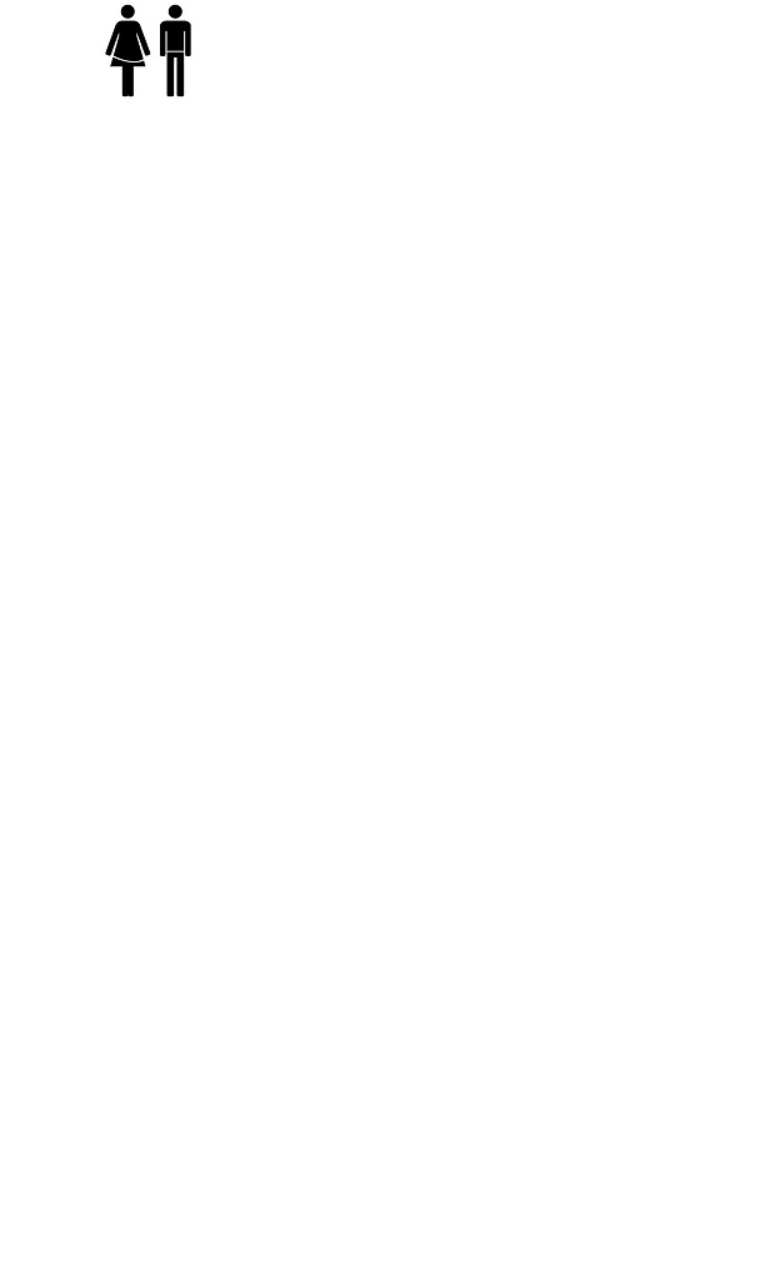
Repository: vinnare89/ASA
Layout: ASA/res/layout/list_item_layout.xml
The author's editor kept a copy of each file at every save. The layout is drawn from the files as they stood at one save, then again after the next save.
It is drawn on a 768 x 1280 px phone screen (xhdpi) without system bars, with theme AppTheme; the app's code is not run.

Above is the layout before, as saved 2013-12-28 18:58:30.

After the next save:
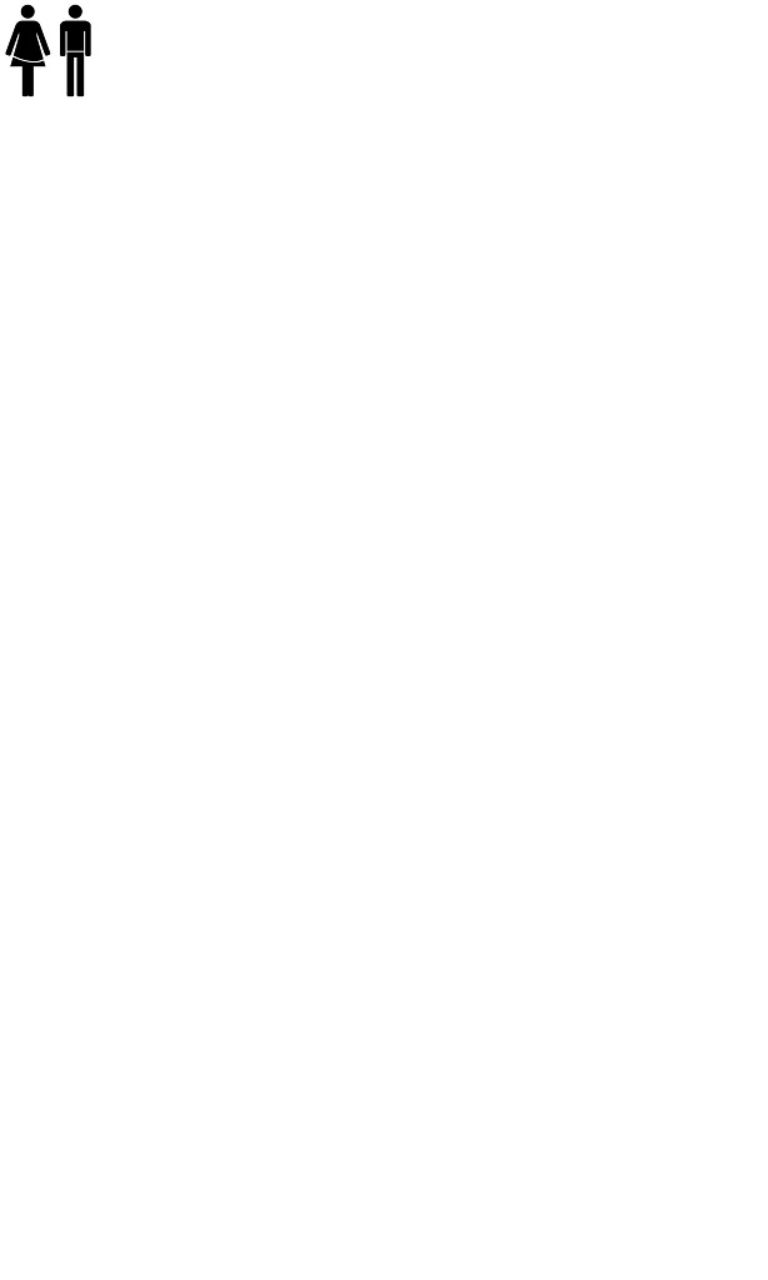
Saved 2 min 34 s later.
--- a/ASA/res/layout/list_item_layout.xml
+++ b/ASA/res/layout/list_item_layout.xml
@@ -2,19 +2,29 @@
 <TableLayout xmlns:android="http://schemas.android.com/apk/res/android"
     android:layout_width="match_parent"
     android:layout_height="match_parent" >
+
     <TableRow>
-        <ImageView
-            android:id="@+id/img"
-            android:layout_width="50dp"
-            android:layout_height="50dp"/>
-        <TextView
-            android:id="@+id/txt"
-            android:layout_width="wrap_content"
-            android:layout_height="50dp" />
-        <ImageView
-            android:id="@+id/toilette"
-            android:src="@drawable/toilette"
-            android:layout_width="50dp"
-            android:layout_height="50dp"/>
-</TableRow>
+
+        <RelativeLayout
+            android:layout_width="match_parent"
+            android:layout_height="wrap_content">
+
+            <ImageView
+                android:id="@+id/img"
+                android:layout_width="50dp"
+                android:layout_height="50dp" />
+
+            <TextView
+                android:id="@+id/txt"
+                android:layout_width="wrap_content"
+                android:layout_height="50dp" />
+
+            <ImageView
+                android:id="@+id/toilette"
+                android:layout_width="50dp"
+                android:layout_height="50dp"
+                android:src="@drawable/toilette" />
+        </RelativeLayout>
+    </TableRow>
+
 </TableLayout>
